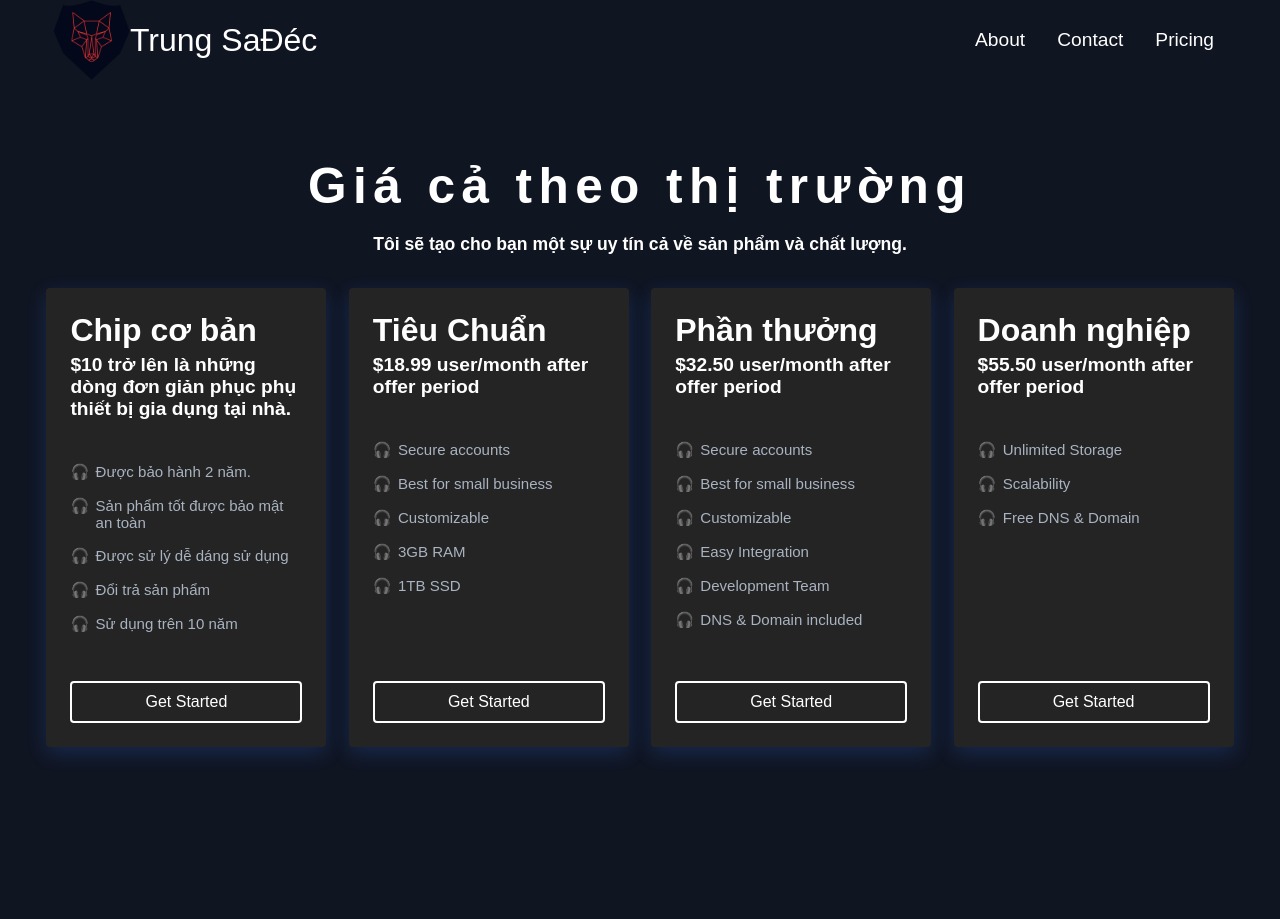
Repository: fdhhhdjd/Profile-Gift-B_H_Q_Trung
Page: /pricing
An editor plug-in stored every save of this project. The page is shown before and after the next save, followed by the edit.
The browser window is 1280 px wide. The pictures show the whole page.
The project was rebuilt for these pictures with package versions that can differ from the ones it lists, and the page was loaded fresh each time. Also part of the build but not shown: src/App.css, src/Pages/Home.js, src/Styles/HeroStyles.js, src/Components/Hero.js. Imported but missing from the stored project, and not drawn on this page: src/Pages/SignUpPage.

Above is the page before, as saved 2021-10-28 17:00:40.

### src/App.js
import logo from "./logo.svg";
import "./App.css";
import { BrowserRouter as Router, Switch, Route } from "react-router-dom";
import { Home, Navbar, GlobalStyles, PricingPage } from "./Imports/Index";
function App() {
  return (
    <>
      <Router>
        <GlobalStyles />
        <Navbar />
        <Switch>
          <Route path="/" exact component={Home} />
          <Route path="/pricing" exact component={PricingPage} />
        </Switch>
      </Router>
    </>
  );
}

export default App;

### src/Imports/Index.js
export { default as Home } from "../Pages/Home";
export { default as PricingPage } from "../Pages/PricingPage";
export { default as SignUpPage } from "../Pages/SignUpPage";
export { default as Navbar } from "../Components/Navbar";
export { default as GlobalStyles } from "../Styles/GlobalStyles";
export { default as Hero } from "../Components/Hero";

### src/Pages/PricingPage.js
import React from "react";
import { Button, Heading, TextWrapper } from "../Styles/GlobalStyles";
import { IconContext } from "react-icons/lib";
import {
  PricingSection,
  PricingWrapper,
  PricingContainer,
  PricingCardInfo,
  PricingCardPlan,
  PricingCardCost,
  PricingCardFeatures,
  PricingCardText,
  PricingCardFeature,
  PricingCard,
} from "../Styles/PricingStyles";
import { pricingData } from "../Data/PricingData";
const PricingPage = () => {
  return (
    <>
      <IconContext.Provider value={{ color: "#a9b3c1", size: "1rem" }}>
        <PricingSection id="pricing">
          <PricingWrapper>
            <Heading>Giá cả theo thị trường</Heading>

            <TextWrapper
              mb="1.4rem"
              weight="600"
              size="1.1rem"
              color="white"
              align="center"
            >
              <br />
              Tôi sẽ tạo cho bạn một sự uy tín cả về sản phẩm và chất lượng.
            </TextWrapper>
            <PricingContainer>
              {pricingData.map((card, index) => (
                <PricingCard key={index}>
                  <PricingCardInfo>
                    <PricingCardPlan>{card.title}</PricingCardPlan>
                    <PricingCardCost>{card.price}</PricingCardCost>
                    <PricingCardText>{card.description}</PricingCardText>
                    <PricingCardFeatures>
                      {card.features.map((feature, index) => (
                        <PricingCardFeature key={index}>
                          {feature}
                        </PricingCardFeature>
                      ))}
                    </PricingCardFeatures>
                    <Button>Get Started</Button>
                  </PricingCardInfo>
                </PricingCard>
              ))}
            </PricingContainer>
          </PricingWrapper>
        </PricingSection>
      </IconContext.Provider>
    </>
  );
};

export default PricingPage;

### src/Components/Navbar.js
import React, { useState } from "react";
import { data } from "../Data/NavbarData";
import { FaRProject, FaTimes } from "react-icons/fa";
import { CgMenuRight } from "react-icons/cg";
import { IconContext } from "react-icons";
import { useLocation, useHistory } from "react-router-dom";
import {
  Nav,
  NavbarContainer,
  NavIcon,
  NavLogo,
  MobileIcon,
  NavMenu,
  NavItem,
  NavLinks,
} from "../Styles/NavbarStyles";
const Navbar = () => {
  const [show, setShow] = useState(false);
  let history = useHistory();
  let location = useLocation();
  const handleClick = () => {
    setShow(!show);
  };
  const scrollTo = (id) => {
    const element = document.getElementById(id);

    element.scrollIntoView({
      behavior: "smooth",
    });
  };
  const closeMobileMenu = (to, id) => {
    if (id && location.pathname === "/") {
      scrollTo(id);
    }

    history.push(to);
    setShow(false);
  };

  return (
    <>
      <IconContext.Provider value={{ color: "#fff" }}>
        <Nav>
          <NavbarContainer>
            <NavLogo to="/">
              <NavIcon src="./assets/logo2.png" alt="logo" />
              Trung&nbsp;SaĐéc
            </NavLogo>
            <MobileIcon onClick={handleClick}>
              {show ? <FaTimes /> : <CgMenuRight />}
            </MobileIcon>
            <NavMenu show={show}>
              {data.map((el, index) => (
                <NavItem key={index}>
                  <NavLinks onClick={() => closeMobileMenu(el.to, el.id)}>
                    {el.title}
                  </NavLinks>
                </NavItem>
              ))}
            </NavMenu>
          </NavbarContainer>
        </Nav>
      </IconContext.Provider>
    </>
  );
};

export default Navbar;

### src/Styles/GlobalStyles.js
import styled, { createGlobalStyle } from "styled-components";

const GlobalStyle = createGlobalStyle`
  *{
    box-sizing: border-box;
  margin: 0;
  padding: 0;
  font-family: 'Montserrat', sans-serif;
  }
`;

export const Container = styled.div`
  width: 100%;
  max-width: 1300px;
  margin-right: auto;
  margin-left: auto;
  padding: 0 50px;

  @media screen and (max-width: 960px) {
    padding: 0 30px;
  }
`;
export const MainHeading = styled.h1`
  font-size: clamp(2.3rem, 6vw, 4.5rem);
  margin-bottom: 2rem;
  color: ${({ inverse }) => (inverse ? "$403ae3" : "#fff")};
  width: 100%;
  letter-spacing: 4px;
  text-align: center;
`;

export const Heading = styled.h2`
  font-size: clamp(1.3rem, 13vw, 3.1rem);
  margin: ${({ margin }) => (margin ? margin : "")};
  margin-bottom: ${({ mb }) => (mb ? mb : "")};
  margin-top: ${({ mt }) => (mt ? mt : "")};
  color: ${({ inverse }) => (inverse ? "$403ae3" : "#fff")};
  letter-spacing: 0.4rem;
  line-height: 1.06;
  text-align: center;
  width: ${({ width }) => (width ? width : "100%")};
`;
export const TextWrapper = styled.span`
  color: ${({ color }) => (color ? color : "")};
  font-size: ${({ size }) => (size ? size : "")};
  font-weight: ${({ weight }) => (weight ? weight : "")};
  letter-spacing: ${({ spacing }) => (spacing ? spacing : "")};
  padding: ${({ padding }) => (padding ? padding : "")};
  margin: ${({ margin }) => (margin ? margin : "")};
  margin-bottom: ${({ mb }) => (mb ? mb : "")};
  margin-top: ${({ mt }) => (mt ? mt : "")};
`;
export const Section = styled.section`
  padding: ${({ padding }) => (padding ? padding : "140px 0")};
  margin: ${({ margin }) => (margin ? margin : "")};
  background: ${({ inverse }) => (inverse ? "white" : "#071c2f")};
  position: ${({ position }) => (position ? position : "")};
  width: ${({ width }) => (width ? width : "auto")};
  min-width: ${({ minWidth }) => (minWidth ? minWidth : "auto")};
  max-width: ${({ maxWidth }) => (maxWidth ? maxWidth : "auto")};
  height: ${({ height }) => (height ? height : "auto")};
  max-height: ${({ maxHeight }) => (maxHeight ? maxHeight : "auto")};
  min-height: ${({ minHeight }) => (minHeight ? minHeight : "auto")};

  @media screen and (max-width: 768px) {
    padding: ${({ smPadding }) => (smPadding ? smPadding : "70px 0")};
  }
`;

export const Row = styled.div`
  display: flex;
  justify-content: ${({ justify }) => (justify ? justify : "")};
  align-items: ${({ align }) => (align ? align : "")};
  gap: ${({ gap }) => (gap ? gap : "")};
  padding: ${({ padding }) => (padding ? padding : "")};
  margin: ${({ margin }) => (margin ? margin : "")};
  position: ${({ position }) => (position ? position : "")};
  width: ${({ width }) => (width ? width : "auto")};
  min-width: ${({ minWidth }) => (minWidth ? minWidth : "auto")};
  max-width: ${({ maxWidth }) => (maxWidth ? maxWidth : "auto")};
  height: ${({ height }) => (height ? height : "auto")};
  max-height: ${({ maxHeight }) => (maxHeight ? maxHeight : "auto")};
  min-height: ${({ minHeight }) => (minHeight ? minHeight : "auto")};
  flex-wrap: ${({ wrap }) => (wrap ? wrap : "")};
`;

export const Column = styled.div`
  display: flex;
  flex-direction: column;
  justify-content: ${({ justify }) => (justify ? justify : "")};
  align-items: ${({ align }) => (align ? align : "")};
  gap: ${({ gap }) => (gap ? gap : "")};
  padding: ${({ padding }) => (padding ? padding : "")};
  margin: ${({ margin }) => (margin ? margin : "")};
  position: ${({ position }) => (position ? position : "")};
  width: ${({ width }) => (width ? width : "auto")};
  min-width: ${({ minWidth }) => (minWidth ? minWidth : "auto")};
  max-width: ${({ maxWidth }) => (maxWidth ? maxWidth : "auto")};
  height: ${({ height }) => (height ? height : "auto")};
  max-height: ${({ maxHeight }) => (maxHeight ? maxHeight : "auto")};
  min-height: ${({ minHeight }) => (minHeight ? minHeight : "auto")};
`;

export const Button = styled.button`
  border-radius: 4px;
  background: none;
  white-space: nowrap;
  padding: 10px 20px;
  font-size: 16px;
  color: #fff;
  outline: none;
  border: 2px solid #fff;
  cursor: pointer;
  overflow: hidden;
  position: relative;

  &:before {
    background: #fff;
    content: "";
    position: absolute;
    top: 50%;
    left: 50%;
    transform: translate(-50%, -50%);
    z-index: -1;
    transition: all 0.6s ease;
    width: 100%;
    height: 0%;
    transform: translate(-50%, -50%) rotate(45deg);
  }

  &:hover:before {
    height: 500%;
  }

  &:hover {
    color: black;
  }
`;

export default GlobalStyle;

### src/Styles/PricingStyles.js
import styled from "styled-components";

export const PricingSection = styled.div`
  padding: 160px 0;
  display: flex;
  flex-direction: column;
  justify-content: center;
  background: #101522;
`;

export const PricingWrapper = styled.div`
  display: flex;
  flex-direction: column;
  align-items: center;
  margin: 0 auto;

  @media screen and (max-width: 960px) {
    margin: 0 30px;
    display: flex;
    flex-direction: column;
    align-items: center;
  }
`;

export const PricingContainer = styled.div`
  display: flex;
  justify-content: center;
  flex-flow: wrap;
  > div {
    margin: 0.7rem;
  }

  @media screen and (max-width: 768px) {
    display: flex;
    flex-direction: column;
    justify-content: center;
    align-items: center;
    width: 100%;
    > div {
      width: 90%;
    }
  }
`;

export const PricingCard = styled.div`
  &:hover {
    transform: scale(1.06);
    transition: all 0.3s ease-out;
  }
`;

export const PricingCardInfo = styled.div`
  background: #242424;
  box-shadow: 0 6px 20px rgba(56, 125, 255, 0.2);
  width: 280px;
  text-decoration: none;
  border-radius: 4px;
  height: 100%;

  display: flex;
  flex-direction: column;
  padding: 24px;
  color: #fff;
  margin: auto;
  > button {
    margin-top: auto;

    &:hover {
      color: black;
      background: white;
      transition: background 0.3s ease;
    }
  }

  @media screen and (max-width: 768px) {
    width: 90%;

    &:hover {
      transform: none;
    }
  }
`;

export const PricingCardPlan = styled.h3`
  margin-bottom: 5px;
  font-size: 2rem;
`;

export const PricingCardCost = styled.h4`
  font-size: 1.2rem;
`;

export const PricingCardText = styled.p`
  font-size: 1.1rem;
  margin: 0.4rem 0 1.3rem;
  color: #a9b3c1;
`;

export const PricingCardFeatures = styled.ul`
  margin: 16px 0 32px;
  list-style: none;
  display: flex;
  flex-direction: column;
  color: #a9b3c1;
`;

export const PricingCardFeature = styled.li`
  margin-bottom: 1rem;
  display: flex;
  font-size: 0.94rem;

  &:before {
    content: "🎧";
    margin-right: 0.4rem;
  }
`;

### src/Data/PricingData.js
export const pricingData = [
  {
    title: "Chip cơ bản",
    price:
      "$10 trở lên là những dòng đơn giản phục phụ thiết bị gia dụng tại nhà.",
    features: [
      "Được bảo hành 2 năm.",
      "Sản phẩm tốt được bảo mật an toàn",
      "Được sử lý dễ dáng sử dụng",
      "Đổi trả sản phẩm",
      "Sử dụng trên 10 năm",
    ],
  },
  {
    title: "Tiêu Chuẩn",
    price: "$18.99 user/month after offer period",
    numAcc: "50-500 accounts",
    features: [
      "Secure accounts",
      "Best for small business",
      "Customizable",
      "3GB RAM",
      "1TB SSD",
    ],
  },
  {
    title: "Phần thưởng ",
    price: "$32.50 user/month after offer period",
    numAcc: "50-1000 accounts",
    features: [
      "Secure accounts",
      "Best for small business",
      "Customizable",
      "Easy Integration",
      "Development Team",
      "DNS & Domain included",
    ],
  },

  {
    title: "Doanh nghiệp",
    price: "$55.50 user/month after offer period ",
    numAcc: "1000+ Accounts",
    features: ["Unlimited Storage", "Scalability", "Free DNS & Domain"],
  },
];

### src/Data/NavbarData.js
export const data = [
  {
    to: "/",
    title: "About",
    id: "about",
  },
  {
    to: "/signup",
    title: "Contact",
  },
  {
    to: "/pricing",
    title: "Pricing",
  },
];

### src/Styles/NavbarStyles.js
import styled from "styled-components";
import { Container } from "../Styles/GlobalStyles";
import { Link } from "react-router-dom";
export const Nav = styled.nav`
  background: transparent;
  margin-bottom: -80px;
  height: 80px;
  display: flex;
  justify-content: center;
  align-items: center;
  font-size: 1.2rem;
  position: absolute;
  top: 0;
  z-index: 50;
  width: 100%;

  transition: background-color 0.3s ease-in;
`;

export const NavbarContainer = styled(Container)`
  display: flex;
  justify-content: start;
  height: 80px;

  ${Container}
`;

export const NavLogo = styled(Link)`
  color: #fff;
  justify-self: flex-start;
  cursor: pointer;
  text-decoration: none;
  font-size: 2rem;
  display: flex;
  align-items: center;
  z-index: 50;
`;

export const NavIcon = styled.img`
  margin-right: 0, 5rem;
  width: 5rem;
`;

export const MobileIcon = styled.div`
  display: none;
  z-index: 50;

  @media screen and (max-width: 960px) {
    display: block;
    position: absolute;
    top: 0;
    right: 0;
    transform: translate(-100%, 60%);
    font-size: 1.8rem;
    cursor: pointer;
  }
`;

export const NavMenu = styled.ul`
  display: flex;
  align-items: center;
  list-style: none;
  text-align: center;
  width: 100%;

  @media screen and (max-width: 960px) {
    flex-direction: column;
    width: 100%;
    height: 100vh;
    position: fixed;
    padding-top: 30%;
    top: 0;
    left: 0;
    opacity: ${({ show }) => (show ? 1 : 0)};
    visibility: ${({ show }) => (show ? "visible" : "hidden")};
    transform: translateY(${({ show }) => (show ? "0" : "-10px")});
    transition: opacity 0.5s ease;
    background-color: #071c2f;
  }

  > li:first-child {
    margin-left: auto;
  }
`;

export const NavItem = styled.li`
  height: 80px;
  cursor: pointer;

  @media screen and (max-width: 960px) {
    width: 100%;

    &:hover {
      border: none;
    }
  }
`;

export const NavLinks = styled.span`
  color: #fff;
  display: flex;
  align-items: center;
  text-decoration: none;
  padding: 0.5rem 1rem;
  height: 100%;

  &:hover {
    color: #c8c9d8;
    transition: all 0.3s ease;
  }

  @media screen and (max-width: 960px) {
    text-align: center;
    padding: 2rem;
    width: 100%;
    display: table;

    &:hover {
      color: #4b59f7;
      transition: all 0.3s ease;
    }
  }
`;

export const NavBtnLink = styled(Link)`
  display: flex;
  justify-content: center;
  align-items: center;
  text-decoration: none;
  padding: 8px 16px;
  height: 100%;
  width: 100%;
  border: none;
  outline: none;
`;

Loaded but not shown: public/index.html (common file); src/index.js (common file); src/index.css (common file); src/reportWebVitals.js (common file)

After the next save:
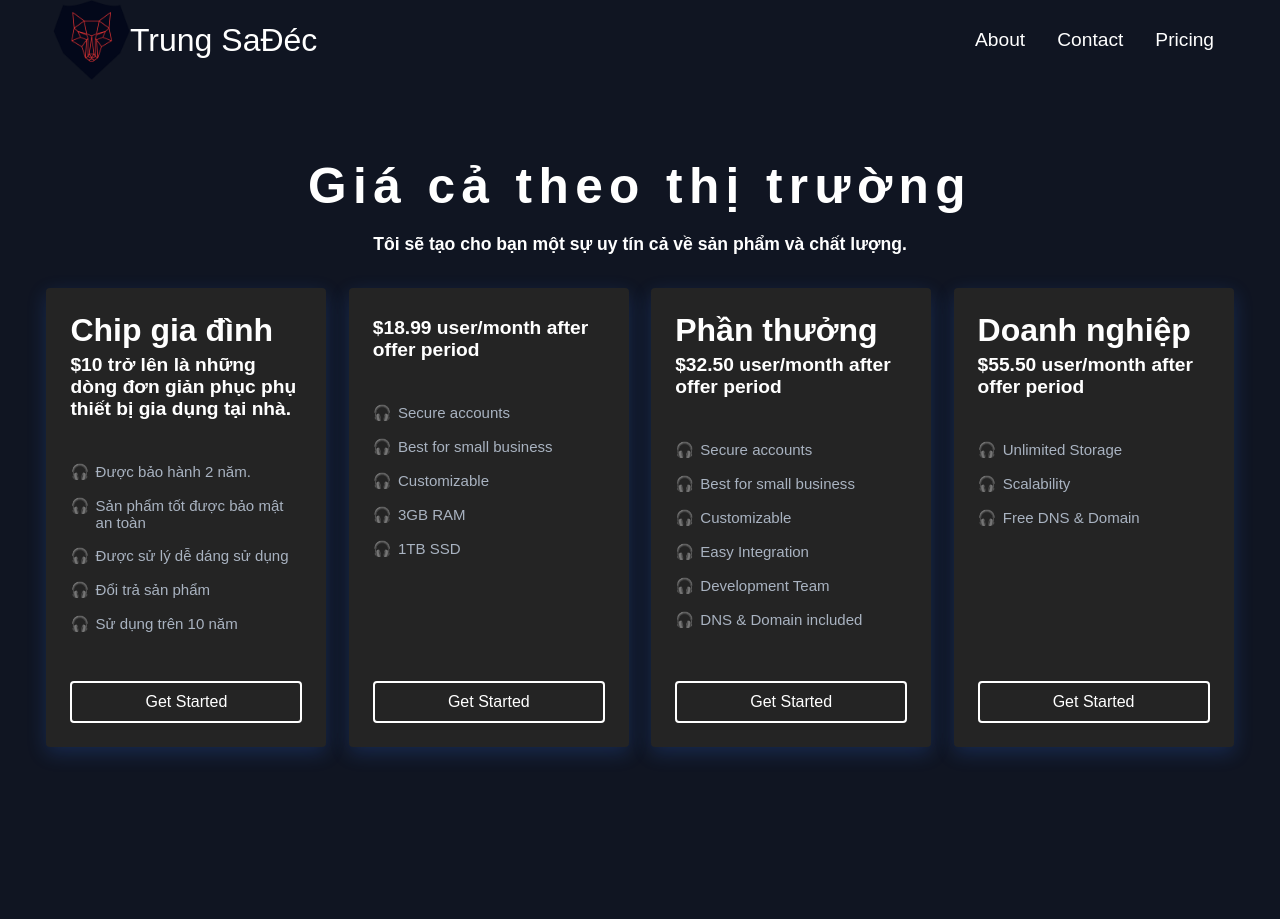
Saved 36 s later.
--- a/src/Data/PricingData.js
+++ b/src/Data/PricingData.js
@@ -1,6 +1,6 @@
 export const pricingData = [
   {
-    title: "Chip cơ bản",
+    title: "Chip gia đình",
     price:
       "$10 trở lên là những dòng đơn giản phục phụ thiết bị gia dụng tại nhà.",
     features: [
@@ -12,7 +12,7 @@ export const pricingData = [
     ],
   },
   {
-    title: "Tiêu Chuẩn",
+    title: "",
     price: "$18.99 user/month after offer period",
     numAcc: "50-500 accounts",
     features: [
